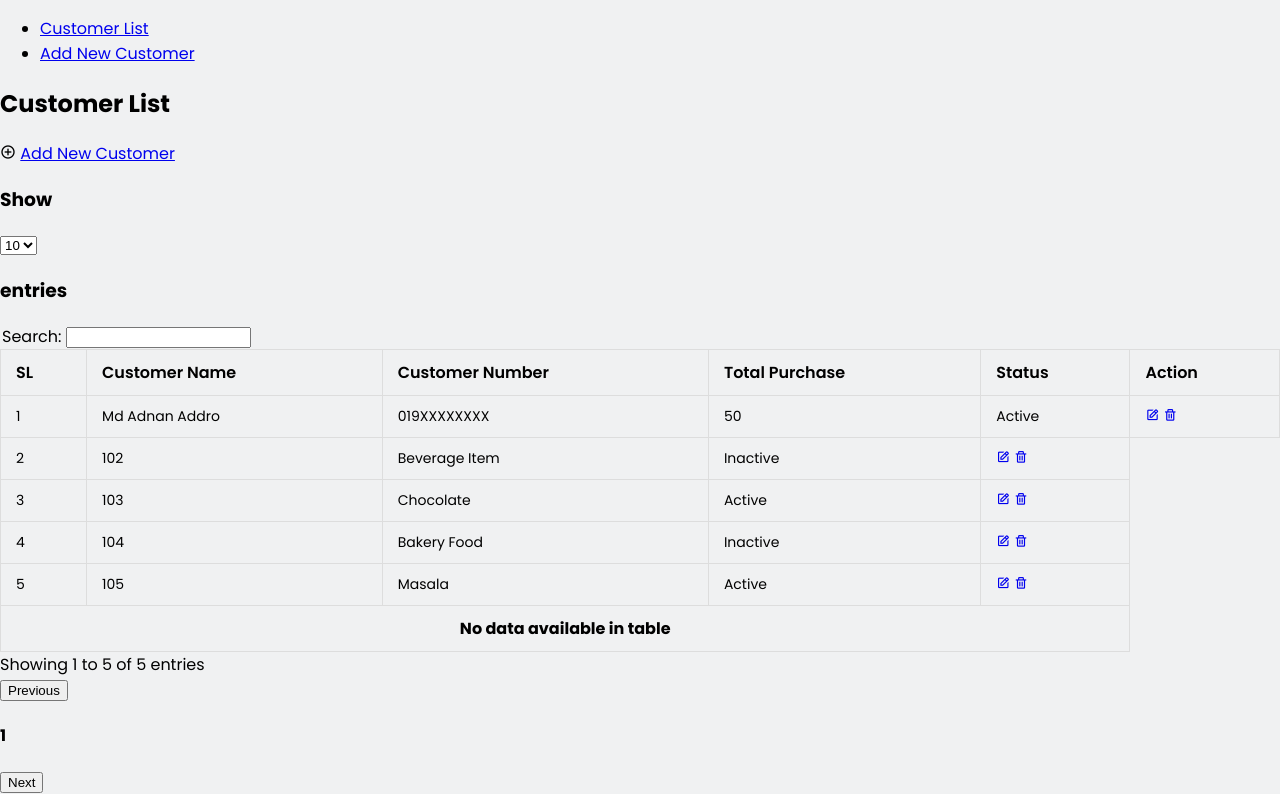
Repository: codebyaddro/customer-page
Page: customer.html
These files come from the project's save history. The page is drawn as it stood at one moment and after the next save; the edit follows.
The browser window is 1280 px wide. The pictures show the whole page.

Above is the page before, as saved 2025-02-20 14:00:05.

### customer.html
<!DOCTYPE html>
<html lang="en">
<head>
    <meta charset="UTF-8">
    <meta name="viewport" content="width=device-width, initial-scale=1.0">
    <!-- CSS -->
    <link rel="stylesheet" href="css/customer.css">
    <!-- Icons -->
    <link href='https://unpkg.com/boxicons@2.1.4/css/boxicons.min.css' rel='stylesheet'>
    <title>Customer - Page</title>
</head>
<body>
    <div class="cba-customer-container">
        <div class="cba-cusc-top-menus">
            <ul>
                <li><a href="/index.html" class="-cba-cusc-active-menu">Customer List</a></li>
                <li><a href="/inner-pages/html/anc.html" class="cba-cusc-light-up">Add New Customer</a></li>
            </ul>
        </div>
        <div class="cba-cusc-list-container">
            <div class="cba-cusc-heading-add-new-btn">
                <div class="cba-cusc-heading">
                    <h2>Customer List</h2>
                </div>
                <div class="cba-cusc-add-new-btn">
                    <i class='cba-cusc-add-icon bx bx-plus-circle'></i>
                    <a href="/inner-pages/html/anc.html">Add New Customer</a>
                </div>
            </div>
            <div class="cba-cusc-list-short-dpdwn-search-box">
                <div class="cba-cusc-list-short-dpdwn">
                    <h3>Show</h3>
                    <select name="10" id="">
                        <option value="">10</option>
                        <option value="">20</option>
                        <option value="">30</option>
                        <option value="">All</option>
                    </select>
                    <h3>entries</h3>
                </div>
                <div class="cba-cusc-search-box">
                    <legend>Search: <input type="text"></legend>
                </div>
            </div>
            <div class="cba-cusc-table-list">
                <table>
                    <thead>
                        <tr>
                            <th title="SL">SL</th>
                            <th title="Code">Customer Name</th>
                            <th title="Category Name">Customer Number</th>
                            <th title="Status">Total Purchase</th>
                            <th title="Status">Status</th>
                            <th title="Action">Action</th>
                        </tr>
                    </thead>
                    <tbody>
                        <tr>
                            <td>1</td>
                            <td>Md Adnan Addro</td>
                            <td>019XXXXXXXX</td>
                            <td>50</td>
                            <td><span class="cba-cusc-active">Active</span></td>
                            <td>
                                <a title="Edit" href="#"><i class='cba-cusc-edit-icon bx bx-edit'></i></a>
                                <a title="Delete" href="#"><i class='cba-cusc-delete-icon bx bx-trash'></i></a>
                            </td>
                        </tr>
                        <tr>
                            <td>2</td>
                            <td>102</td>
                            <td>Beverage Item</td>
                            <td><span class="cba-cusc-inactive">Inactive</span></td>
                            <td>
                                <a title="Edit" href="#"><i class='cba-cusc-edit-icon bx bx-edit'></i></a>
                                <a title="Delete" href="#"><i class='cba-cusc-delete-icon bx bx-trash'></i></a>
                            </td>
                        </tr>
                        <tr>
                            <td>3</td>
                            <td>103</td>
                            <td>Chocolate</td>
                            <td><span class="cba-cusc-active">Active</span></td>
                            <td>
                                <a title="Edit" href="#"><i class='cba-cusc-edit-icon bx bx-edit'></i></a>
                                <a title="Delete" href="#"><i class='cba-cusc-delete-icon bx bx-trash'></i></a>
                            </td>
                        </tr>
                        <tr>
                            <td>4</td>
                            <td>104</td>
                            <td>Bakery Food</td>
                            <td><span class="cba-cusc-inactive">Inactive</span></td>
                            <td>
                                <a title="Edit" href="#"><i class='cba-cusc-edit-icon bx bx-edit'></i></a>
                                <a title="Delete" href="#"><i class='cba-cusc-delete-icon bx bx-trash'></i></a>
                            </td>
                        </tr>
                        <tr>
                            <td>5</td>
                            <td>105</td>
                            <td>Masala</td>
                            <td><span class="cba-cusc-active">Active</span></td>
                            <td>
                                <a title="Edit" href="#"><i class='cba-cusc-edit-icon bx bx-edit'></i></a>
                                <a title="Delete" href="#"><i class='cba-cusc-delete-icon bx bx-trash'></i></a>
                            </td>
                        </tr>
                        <tr class="cba-cusc-no-data-available">
                            <th colspan="5">No data available in table</th>
                        </tr>
                    </tbody>
                </table>
            </div>
            <div class="cba-cusc-entries-details-list-page-btn">
                <div class="cba-cusc-entries-details">
                    Showing <span>1</span> to <span>5</span> of <span>5</span> entries
                </div>
                <div class="cba-cusc-list-page-btn">
                    <button>Previous</button>
                    <h4><span>1</span></h4>
                    <button>Next</button>
                </div>
            </div>
        </div>
    </div>
</body>
</html>

### css/customer.css
/* -- fonts -- */
@import url('https://fonts.googleapis.com/css2?family=Poppins:ital,wght@0,100;0,200;0,300;0,400;0,500;0,600;0,700;0,800;0,900;1,100;1,200;1,300;1,400;1,500;1,600;1,700;1,800;1,900&family=Raleway:ital,wght@0,100..900;1,100..900&family=Roboto:ital,wght@0,100;0,300;0,400;0,500;0,700;0,900;1,100;1,300;1,400;1,500;1,700;1,900&family=VT323&display=swap');

/* -- root -- */

:root {
    --gray-white: #F0F1F2; /* For body*/
    --white: #FFFFFF;
    --black: #000000;
    --gray-black: #DDDDDD;
    --light-black: #212523;
    --light-black-op: #21252350;
    --main-green: #157343;
    --main-light: #37A000;
    --light-orange: #FD7E14;
    --green: #008000;
    --light-green: #e9f6ec;
    --red: #FF0000;
    --light-red: #fbeaec;
}

/* ---------- */

* {
    box-sizing: border-box;
}

body {
    margin: 0;
    padding: 0;
    font-family: "Poppins", serif;
    background-color: var(--gray-white);
}

::selection {
    color: var(--white);
    background-color: var(--main-light);
}

/* -- category container style -- */

.category-container {
    width: 100%;
    margin-top: 25px;
}

/* -- top menus style--  */

.top-menus {
    background-color: var(--white);
    display: flex;
    justify-content: left;
    align-items: center;
    height: 60px;
    margin-bottom: 15px;
}

.top-menus ul {
    list-style-type: none;
    display: flex;
    gap: 30px;
    margin-left: -20px;
}

.top-menus ul li a {
    text-decoration: none;
    color: var(--black);
    font-size: 15px;
    font-weight: 500;
}

/* -- active menu style -- */

.active-menu {
    color: var(--white)!important;
    background-color: var(--main-green);
    padding: 8px 12px;
    border-radius: 5px;
}

/* -- menu hover style -- */

.light-up:hover {
    color: var(--light-orange);
}

/* -- list container style -- */

.list-container {
    background-color: var(--white);
    padding: 0px 20px;
}

/* -- heading-add-new-btn style -- */

.heading-add-new-btn {
    display: flex;
    justify-content: space-between;
    align-items: center;
    border-bottom: 1px solid var(--gray-black) ;
}

.heading h2 {
    color: var(--light-black);
    font-size: 25px;
    font-weight: 500;
}

/* -- add-new-btn style -- */

.add-new-btn {
    display: flex;
    gap: 5px;
    justify-content: baseline;
    align-items: center;
}

.add-new-btn {
    background-color: var(--main-green);
    padding: 5px 10px;
    border-radius: 5px;
}

.add-new-btn a {
    color: var(--white);
    text-decoration: none;
}

.add-icon {
    color: var(--white);
    font-size: 20px;
}

/* -- list-short-dpdwn-search-box style -- */

.list-short-dpdwn-search-box {
    display: flex;
    justify-content: space-between;
    align-items: center;
    padding: 10px 0px;
}

/* -- list-short-dpdwn style -- */

.list-short-dpdwn {
    display: flex;
    gap: 7.5px;
    align-items: center;
}

.list-short-dpdwn h3 {
    color: var(--light-black);
    font-size: 15px;
    font-weight: 500;
}

.list-short-dpdwn select {
    color: var(--light-black);
    appearance: none;
    height: 25px;
    width: 30px;
    padding-left: 6px;
    outline: none;
    border-radius: 2.5px;
}

/* -- search-box style -- */

.search-box {
    display: flex;
    align-items: center;
}

.search-box legend {
    color: var(--light-black);
}

.search-box input {
    outline: none;
    height: 25px;
    width: 193px;
    border: 1px solid var(--gray-black);
}

/* -- table-list style --*/

table {
    border-collapse: collapse;
    width: 100%;
}

@media (max-width: 768px) {
    table {
        width: 100%;
        padding: 0rem;
        display: block;
        overflow-x: scroll;
        overflow-y: hidden;
        scrollbar-width: thin;
        scrollbar-color: var(--black);
    }
}

/* -- thead style -- */

thead {
    cursor: pointer;
}

th, td {
    border: 1px solid var(--gray-black);
    padding: 10px 15px;
}

thead tr th {
    font-size: 1rem;
    font-weight: 600;
    text-align: left;
}

tbody tr td {
    font-size: 0.875rem;
}

tbody tr:hover {
    background-color: var(--gray-white);
}

/* -- tbody style -- */

/* status style */

.active {
    color: var(--green);
    background-color: var(--light-green);
    font-size: 12px;
    font-weight: 500;
    padding: 2.5px 7.5px;
    border-radius: 5px;
}

.inactive {
    color: var(--red);
    background-color: var(--light-red);
    font-size: 12px;
    font-weight: 500;
    padding: 2.5px 7.5px;
    border-radius: 5px;
}

/* -- action style -- */

.edit-icon {
    color: var(--green);
    background-color: var(--light-green);
    padding: 7px 7px;
    margin-right: 2.5px;
    border: 1px solid var(--green);
    font-size: 20px;
}

.edit-icon:hover {
    background-color: var(--light-black-op);
}

.delete-icon {
    color: var(--red);
    background-color: var(--light-red);
    padding: 7px 7px;
    margin-left: 2.5px;
    border: 1px solid var(--red);
    font-size: 20px;
}

.delete-icon:hover {
    background-color: var(--light-black-op);
}

/* -- no data style */

.no-data-available th {
    font-size: 14px;
    font-weight:500;
    color: var(--black);
    background-color: var(--gray-white);
}

/* -- entries-details-list-page-btn style -- */

.entries-details-list-page-btn {
    display: flex;
    justify-content: space-between;
    align-items: center;
    padding: 10px 0px;
}

.entries-details {
    color: var(--black);
    font-size: 15px;
}

.list-page-btn {
    display: flex;
    gap: 5px;
    align-items: center;
}

.list-page-btn button {
    color: var(--light-black);
    background-color: var(--gray-white);
    padding: 8px 14px;
    border: none;
    border-radius: 5px;
    cursor: pointer;
}

.list-page-btn h4 {
    color: var(--white);
    background-color: var(--main-light);
    font-size: 15px;
    font-weight: 400;
    padding: 3px 12px;
    border-radius: 5px;
}

After the next save:
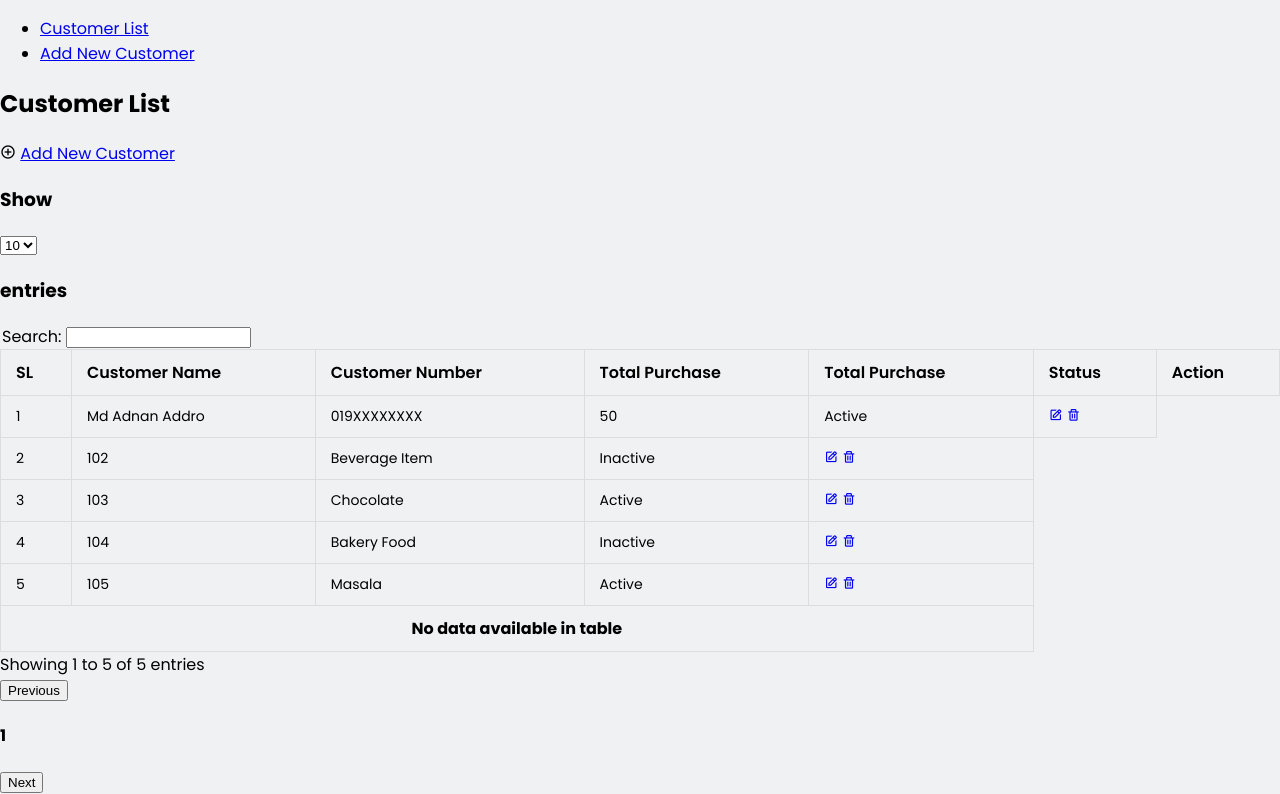
Saved 10 s later.
--- a/customer.html
+++ b/customer.html
@@ -49,6 +49,7 @@
                             <th title="SL">SL</th>
                             <th title="Code">Customer Name</th>
                             <th title="Category Name">Customer Number</th>
+                            <th title="Status">Total Purchase</th>
                             <th title="Status">Total Purchase</th>
                             <th title="Status">Status</th>
                             <th title="Action">Action</th>
